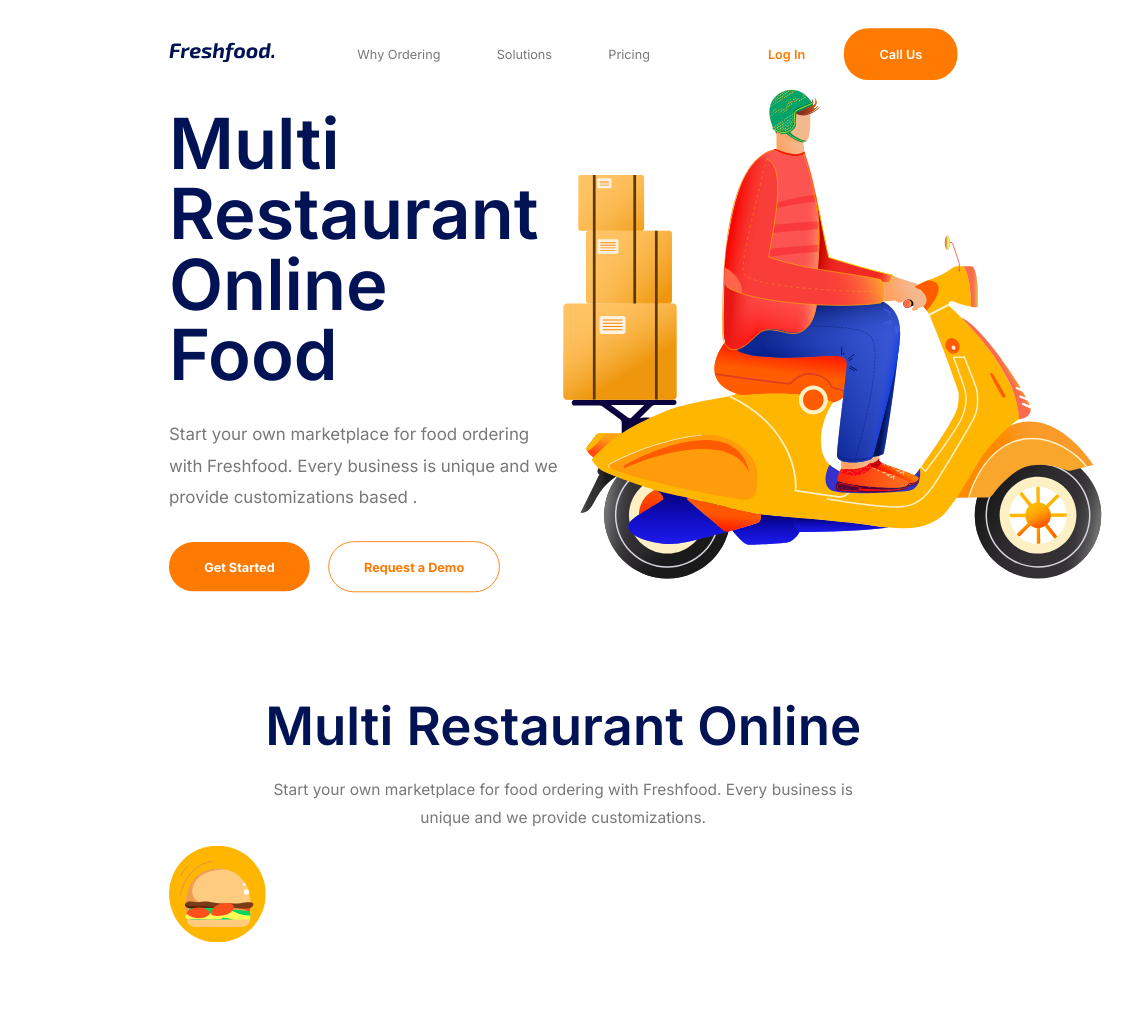
Repository: badhon252/FreshFood
Page: index.html
An editor plug-in stored every save of this project. The page is shown before and after the next save, followed by the edit.
The browser window is 1280 px wide. The pictures show the whole page, at 88% of full size.
The style sheet was rebuilt from its Sass, Less or Tailwind sources for each picture, by a compiler version that may differ from the author's.

Above is the page before, as saved 2022-09-06 00:46:19.

After the next save:
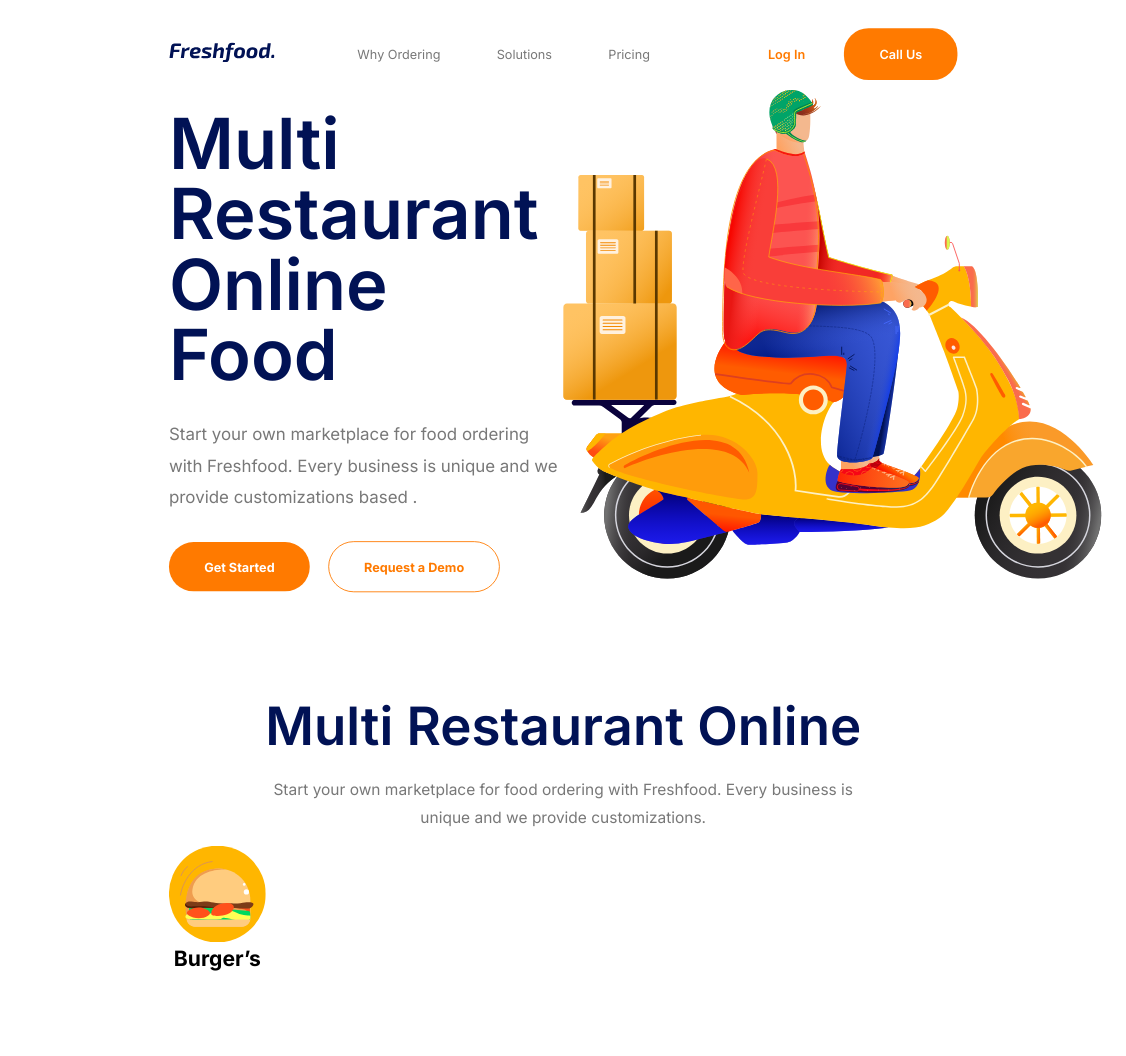
Saved 29 s later.
--- a/index.html
+++ b/index.html
@@ -49,7 +49,9 @@
         <p>Start your own marketplace for food ordering with Freshfood. Every business is <br> unique and we provide
             customizations.</p>
         <div class="row">
-            <div class="col-md-4"><img src="./images/Group 4463.svg" alt=""></div>
+            <div class="col-md-4"><img src="./images/Group 4463.svg" alt="">
+                <h2>Burger’s</h2>
+            </div>
             <div class="col-md-4"></div>
             <div class="col-md-4"></div>
         </div>
